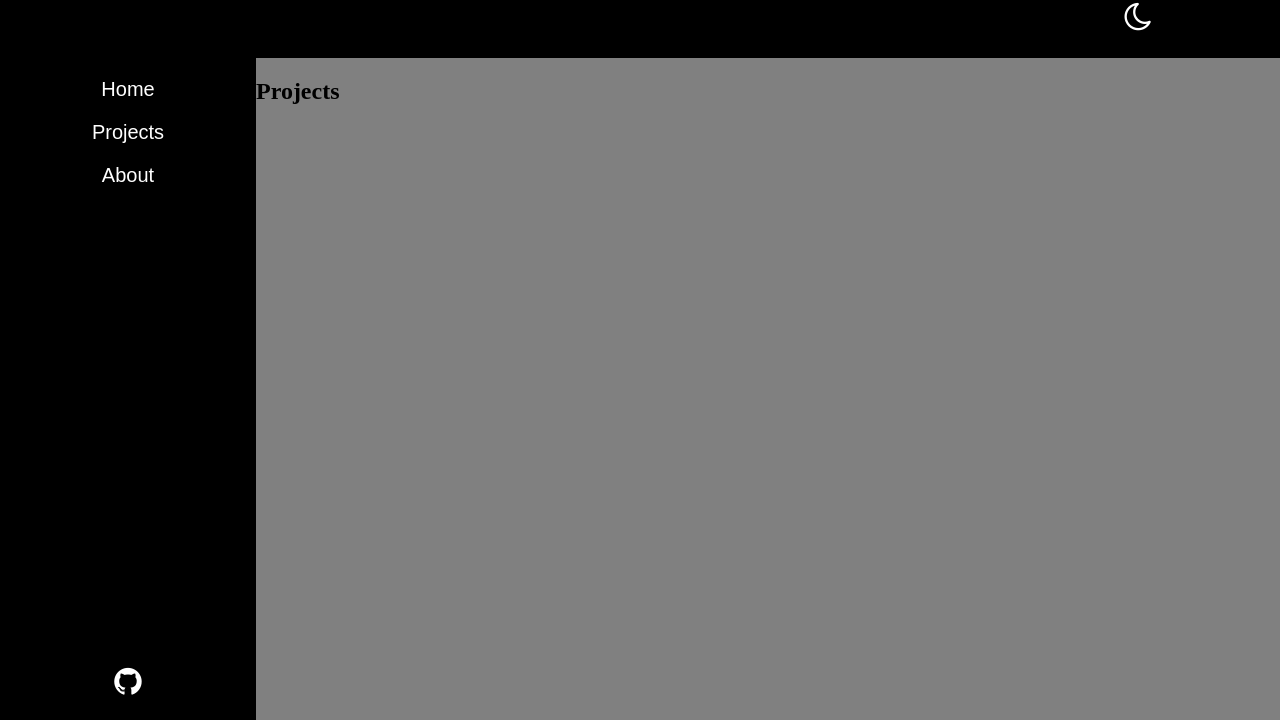
Repository: josephinel6/josephinel6.github.io
Page: index.html
An editor plug-in stored every save of this project. The page is shown before and after the next save, followed by the edit.
The browser window is 1280 px wide. The pictures show the whole page.

Above is the page before, as saved 2023-04-05 08:11:59.

### index.html
<!DOCTYPE html>
<html>

<head>
    <style>
        :root.light {
            --color-bg: white;
            --color-menu-text: black;
            --color-page-bg: darkgray;
            --color-obj-bg: gray;
            --color-title-text: black;
            --color-gen-text: black;
        }

        :root.dark {
            --color-bg: black;
            --color-menu-text: white;
            --color-page-bg: gray;
            --color-obj-bg: darkgray;
            --color-title-text: white;
            --color-gen-text: white;
        }

        /* :root {
            --color-bg: black;
        } */

        html,
        body {
            height: 100%;
            width: 100%;
            margin: 0;
            position: relative;
            /* border-color: blue;
            border-radius: 10px;
            border-style: solid; */
            padding: 0;
        }

        #menu {
            height: 100%;
            width: 20%;
            position: absolute;
            z-index: 1;
            top: 0;
            bottom: 0;
            background-color: var(--color-bg);
        }

        #topbar {
            width: 100%;
            height: 8%;
            background-color: var(--color-bg);
            position: absolute;
        }

        .menutext {
            color: var(--color-menu-text);
            font-family: sans-serif;
            font-size: 20px;
        }

        .fa-github {
            color: var(--color-menu-text);
        }

        #window {
            background-color: var(--color-page-bg);
            position: absolute;
            height: 92%;
            width: 80%;
            right: 0;
            bottom: 0;
        }

        .tabcontent {
            height: 100%;
            width: 100%;
            position: absolute;
        }

        .projectbutton {
            height: 150px;
            width: 95%;
            margin-top: 2.5%;
            margin-left: 2.5%;
            background-color: var(--color-obj-bg);
            border-radius: 5px;
            font-family: sans-serif;
            font-size: 30px;
        }

        #day-night {
            color: white;
            z-index: 2;
            top: 1%;
            right: 10%;
            position: absolute;
        }
    </style>
    <link rel="stylesheet" href="https://cdnjs.cloudflare.com/ajax/libs/font-awesome/4.7.0/css/font-awesome.min.css">
    <script type="module" src="https://cdn.jsdelivr.net/gh/zerodevx/zero-md@2/dist/zero-md.min.js"></script>
    <script type="module" src="https://md-block.verou.me/md-block.js"></script>
</head>

<body>
    <div id="menu">
        <div style="position:absolute; top: 8%; width: 100%; text-align: center;">

            <p class="menutext"> Home </p>
            <p class="menutext" onclick="openpage('projectbuttons')"> Projects </p>
            <p class="menutext"> About </p>

        </div>

        <div style="position:absolute; bottom:3%; width: 100%; text-align: center;">
            <a href="https://github.com/josephinel6" class="fa fa-github fa-2x" style="text-decoration: none;"></a>
        </div>
    </div>
    <div id="topbar">
        <i onclick="daynight()" class="fa fa-moon-o fa-2x" id="day-night"></i>
    </div>
    <div id="window">
        <div id="homepage" class="tabcontent">
            <h2> Projects </h2>
        </div>
        <div id="projectbuttons" class="tabcontent">
            <div class="projectbutton" onclick="openpage('weatherAPI')"> Weather API </div>
        </div>
        <zero-md src="https://josephinel6.github.io/weatherAPI.md" class="tabcontent" id="weatherAPI"></zero-md>
        <div class="tabcontent" id="about"></div>
    </div>
    <script>
        window.onload = function () {
            document.documentElement.classList.remove("light")
            document.documentElement.classList.add("dark")
            window.localStorage.setItem('mode', 'dark');
            console.log("dark")
            tabcontent = document.getElementsByClassName("tabcontent");
            for (i = 0; i < tabcontent.length; i++) {
                tabcontent[i].style.display = "none";
            }
            document.getElementById("homepage").style.display = "block";
        }

        function openpage(pageName) {
            var i, tabcontent, tablinks;
            tabcontent = document.getElementsByClassName("tabcontent");
            for (i = 0; i < tabcontent.length; i++) {
                tabcontent[i].style.display = "none";
            }
            tablinks = document.getElementsByClassName("tablink");
            for (i = 0; i < tablinks.length; i++) {
                tablinks[i].style.backgroundColor = "";
            }
            document.getElementById(pageName).style.display = "block";

            document.body.scrollTop = 0;
            document.documentElement.scrollTop = 0;
        }
    </script>

</body>

</html>

After the next save:
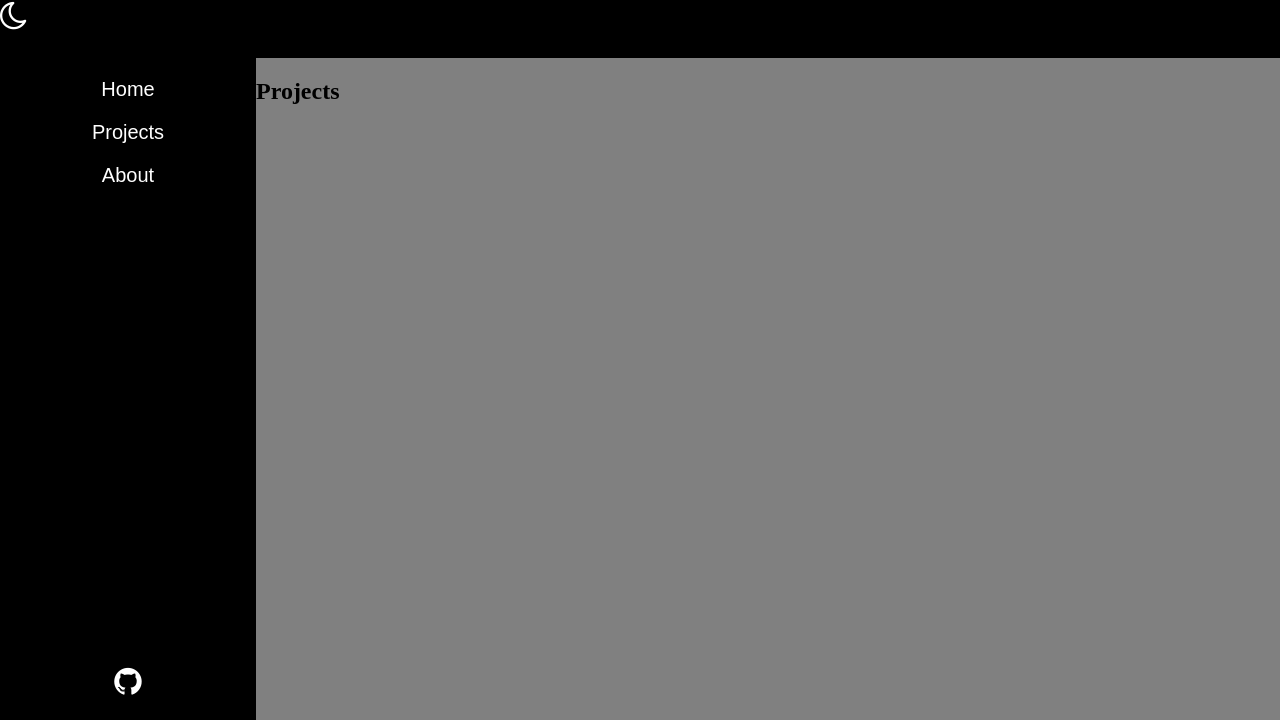
Saved 5 s later.
--- a/index.html
+++ b/index.html
@@ -93,8 +93,6 @@
         #day-night {
             color: white;
             z-index: 2;
-            top: 1%;
-            right: 10%;
             position: absolute;
         }
     </style>
